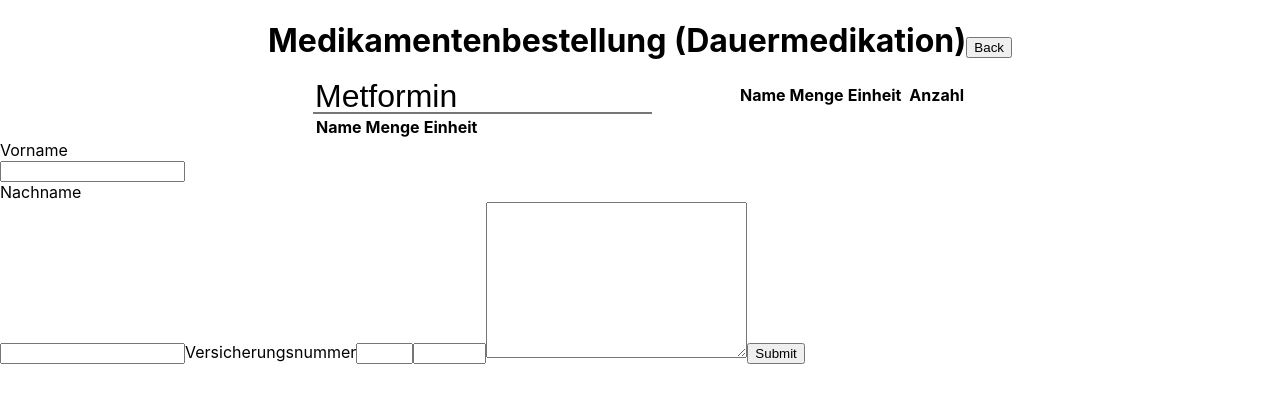
Repository: Esatollah/MedDemo
Page: / (app in client/)
These files come from the project's save history. The page is drawn as it stood at one moment and after the next save; the edit follows.
The browser window is 1280 px wide. The pictures show the whole page.
The page's requests for data from a server got no answer. The project was rebuilt for these pictures with package versions that can differ from the ones it lists, and the page was loaded fresh each time. No one was signed in, and anything a server would have sent is missing. Also part of the build but not shown: client/src/App.css, client/src/Routes/Bestellungen.jsx.

Above is the page before, as saved 2022-06-08 16:27:37.

### client/src/App.js
import './App.css';
import SearchBar from './Routes/Search';
import {BrowserRouter, Routes, Route} from 'react-router-dom'
import Bestellungen from './Routes/Bestellungen';
import ReactModal from 'react-modal';

ReactModal.setAppElement('#root')
function App() {
  return (
    <BrowserRouter>
    <Routes>
      <Route path='/' element={<div><SearchBar/></div>}/>
      <Route path='/bestellungen' element={<div><Bestellungen/></div>}/>
    </Routes>
    </BrowserRouter>
  );
}

export default App;

### client/src/Routes/Search.jsx
import React, { useState, useEffect } from 'react'
import DrugAPI from '../api/DrugAPI';
import Form from '../components/Form';
import './Search.css'


const Search = () => {

  const [searchinput, setSearchinput] = useState("Metformin");
  const [drugs, setDrugs] = useState([]);
  const [cartitems, setCartitems] = useState([]);

  // add loading screen, maybe with loading while drugs empty
  useEffect(() => {
    const fetchData = async () => {
      try {
        const result = await DrugAPI.get(`/?drugsearch=${searchinput}`)
        setDrugs(result.data.meds)
      } catch (err) {
        console.error(err);
      }
    }

    fetchData();

  }, [searchinput])

  const handleDrugClick = (e, x) => {
    const is_in_cart = cartitems.some(y => {
      if (y.id === x.id) {
        return true;
      }

      return false;
    })

    if (is_in_cart) {
      return
    }
    let temp = { ...x, anzahl: "1" }
    setCartitems([...cartitems, temp]);
  }

  const handleDelete = (e, x, index) => {
    let temp = [...cartitems]

    temp.splice(index, 1);

    setCartitems(temp);
  }

  const handleCountchange = (e, x, index) => {
    let temps = [...cartitems]
    let temp = {
      ...temps[index],
      anzahl: e.target.value
    }
    temps[index] = temp
    setCartitems(temps);

  }


  return (
    <>
      <h1>Medikamentenbestellung (Dauermedikation)<a href='/bestellungen'><button >Back</button></a></h1>
      <div className='order-box'>
        <div className='search-box'>
          <input type="search" placeholder="Suche" id="okhre" value={searchinput} onChange={e => setSearchinput(e.target.value)} />
          <div className='table-box'>
            <table>
              <thead>
                <tr>
                  <th scope='col'>
                    Name
                  </th>
                  <th scope='col'>Menge</th>
                  <th scope='col'>Einheit</th>
                  <th scope='col'></th>
                </tr>
              </thead>
              <tbody>
                {drugs && drugs.map((x) => {
                  return (
                    <tr key={x.id} className="drug-row" >
                      <td className={x.name}>{x.name}</td>
                      <td>{x.menge}</td>
                      <td>{x.mengenart}</td>
                      <td><button onClick={(e) => { handleDrugClick(e, x) }}>+</ button></td>
                    </tr>
                  )
                })}
              </tbody>

            </table>
          </div>
        </div>

        <div>
          <table>
            <thead>
              <tr>
                <th scope='col'>
                  Name
                </th>
                <th scope='col'>Menge</th>
                <th scope='col'>Einheit</th>
                <th scope='col'></th>
                <th scope='col'>Anzahl</th>
              </tr>
            </thead>
            <tbody>
              {cartitems && cartitems.map((x, index) => {
                if (x.abgabezahl) {
                  return (
                    <tr key={index} className="drug-row" >
                      <td>{x.name}</td>
                      <td>{x.menge}</td>
                      <td>{x.mengenart}</td>
                      <td><button onClick={(e) => handleDelete(e, x, index)}>-</button></td>
                      <td><select onChange={(e) => { handleCountchange(e, x, index) }}><option value="1">1</option><option value="2">2</option></select></td>
                    </tr>
                  )
                }
                return (
                  <tr key={index} className="drug-row" >
                    <td>{x.name}</td>
                    <td>{x.menge}</td>
                    <td>{x.mengenart}</td>
                    <td><button onClick={(e) => handleDelete(e, x, index)}>-</button></td>
                    <td>1</td>
                  </tr>
                )
              })}
            </tbody>
          </ table>
        </div>
      </div>

      <Form cartitems={cartitems} setCartitems={setCartitems} />
    </>
  )
}

export default Search

### client/src/api/DrugAPI.js
import axios from 'axios'

export default axios.create({
    baseURL: "http://localhost:5000/api"
})

### client/src/components/Form.jsx
import React, {useState}from 'react'
import DrugAPI from '../api/DrugAPI'

const Form = props => {

    const [fname, setFname] = useState('');
    const [lname, setLname] = useState('');
    const [vpin, setVpin] = useState('');
    const [vbday, setVbday] = useState('');
    const [anmerkungen, setAnmerkungen] = useState('');

    const handleSubmit = (e) => {

        e.preventDefault();
        const formdata = {
            fname,
            lname,
            vpin,
            vbday,
            anmerkungen
        }

        const fetchData = async () =>{
            try {
            await DrugAPI.post("/", {drugs:{...props.cartitems}, ...formdata})
            } catch (error) {
                console.error(error);
            }
    }

    fetchData();

    setFname('');setLname('');setVpin('');setVbday('');setAnmerkungen('');
    props.setCartitems([]);

}


  return (
    <div>
        <form onSubmit={(e) =>handleSubmit(e)}>
            <label htmlFor="fname">Vorname</label><br/>
            <input type="text" value={fname} id="fname" name="fname" onChange={(e)=> setFname(e.target.value)}required/><br/>
            <label htmlFor="lname">Nachname</label><br />
            <input type="text" id="lname" value={lname} onChange={(e) => setLname(e.target.value)}name="lname" required />
            <label htmlFor="pin">Versicherungsnummer</label>
            <input type="text" id="pin" value={vpin} onChange={(e) => setVpin(e.target.value)} name="pin" size="4" minLength="4"maxLength="4" required/>
            <input type="text" id="bday" value={vbday} onChange={(e) => setVbday(e.target.value)} name="bday" size="6" minLength={6} maxLength={6} required/>
            <textarea value={anmerkungen} onChange={(e) => setAnmerkungen(e.target.value)} name="message" rows="10" cols="30">
            </textarea>
            <input type="submit" value="Submit" ></input><br />
        </form>
    </div>

  )
}

export default Form

### client/src/Routes/Search.css
#okhre {
    width:80%;
    height: 2rem;
    outline:none;
    border-top: hidden;
    border-right: hidden;
    border-left: hidden;
    font-size: 2rem;
}

.table-box {
    max-height: 200px;
    max-width: 80%;
    min-width:80%;
    overflow-y: auto;
}

h1 {
    display:flex;
    justify-content: center;
}

.order-box {
    display: flex;
    justify-content: center;
}

.search-box {
    max-width:50%;
}

.drug-row:hover {
    background-color: beige;
}

Loaded but not shown: client/public/index.html (common file); client/src/index.js (common file); client/src/index.css (common file)

After the next save:
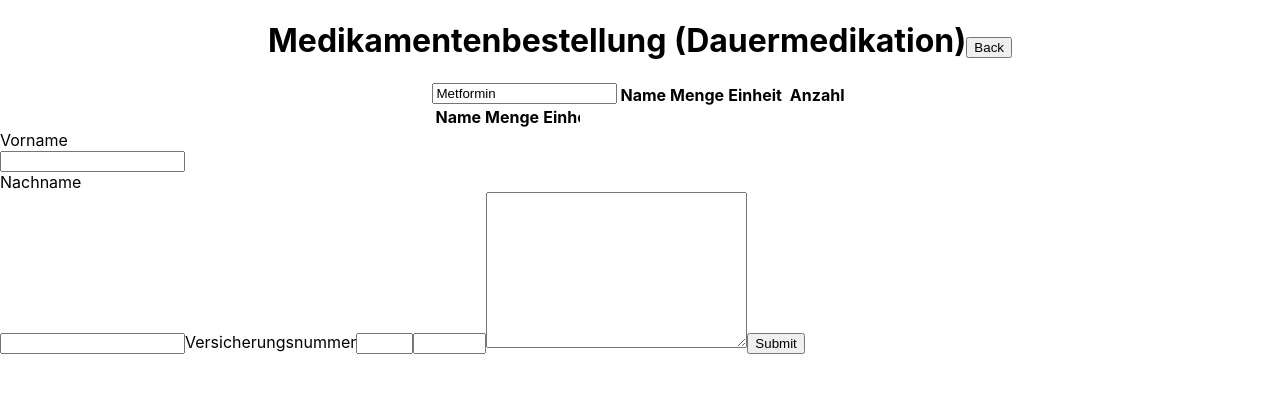
Saved 37 s later.
--- a/client/src/Routes/Search.css
+++ b/client/src/Routes/Search.css
@@ -1,4 +1,4 @@
-#okhre {
+#search {
     width:80%;
     height: 2rem;
     outline:none;

After the save that followed:
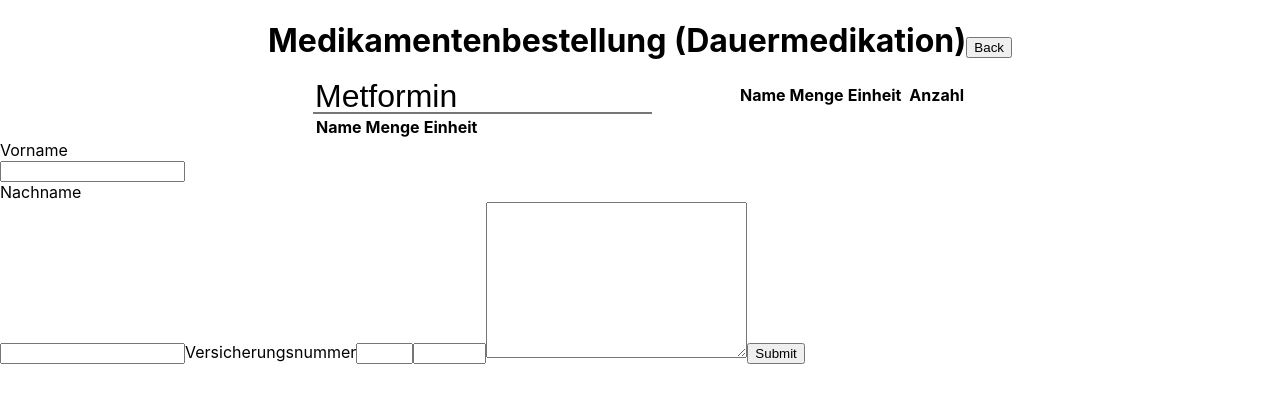
Saved 3 s later.
--- a/client/src/Routes/Search.jsx
+++ b/client/src/Routes/Search.jsx
@@ -66,7 +66,7 @@ const Search = () => {
       <h1>Medikamentenbestellung (Dauermedikation)<a href='/bestellungen'><button >Back</button></a></h1>
       <div className='order-box'>
         <div className='search-box'>
-          <input type="search" placeholder="Suche" id="okhre" value={searchinput} onChange={e => setSearchinput(e.target.value)} />
+          <input type="search" placeholder="Suche" id="search" value={searchinput} onChange={e => setSearchinput(e.target.value)} />
           <div className='table-box'>
             <table>
               <thead>
